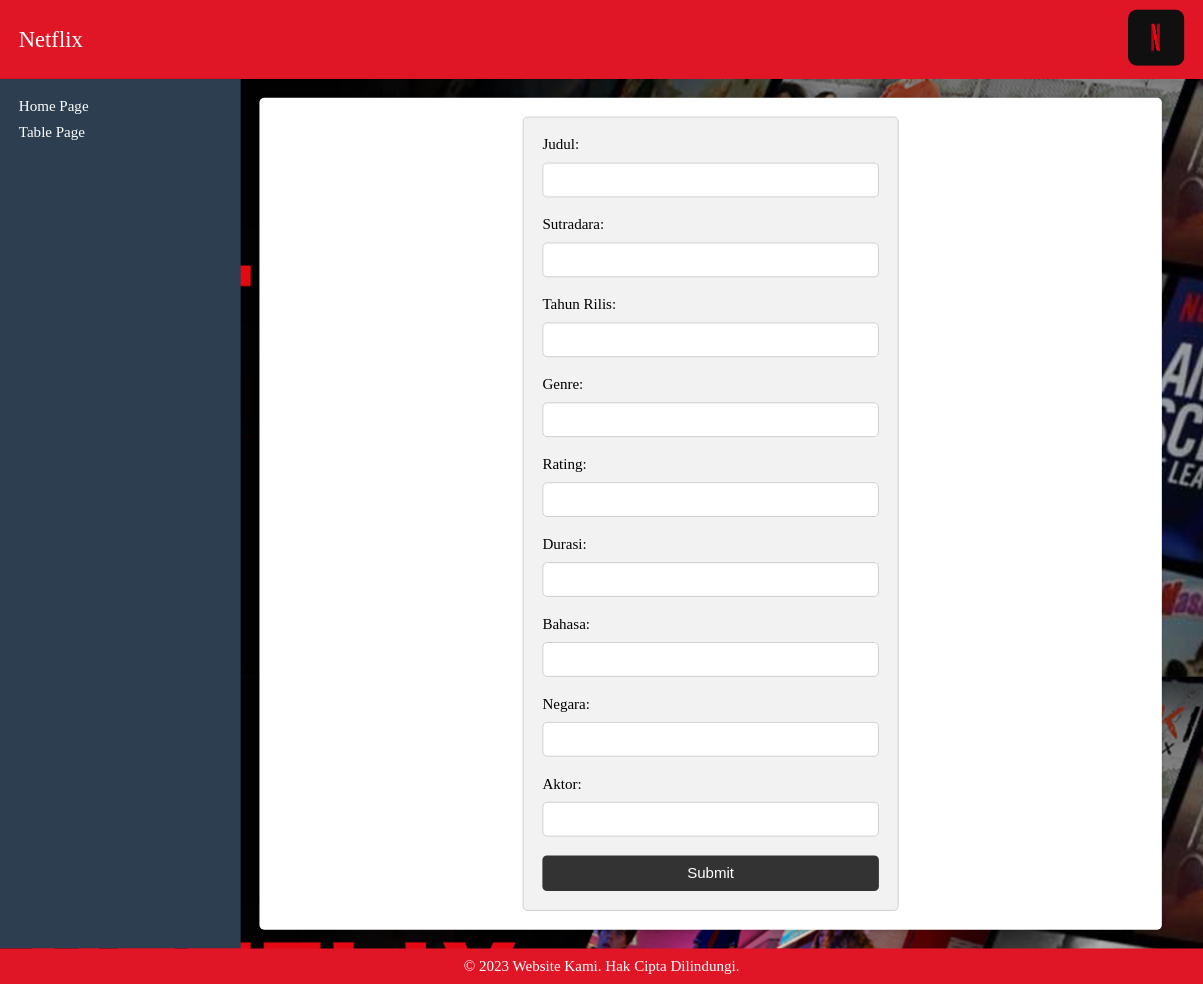
Repository: Nachtt-2021/12140022.github.io
Page: UTS/form.html
An editor plug-in stored every save of this project. The page is shown before and after the next save, followed by the edit.
The browser window is 1280 px wide. The pictures show the whole page, at 94% of full size.

Above is the page before, as saved 2023-10-22 20:32:17.

After the next save:
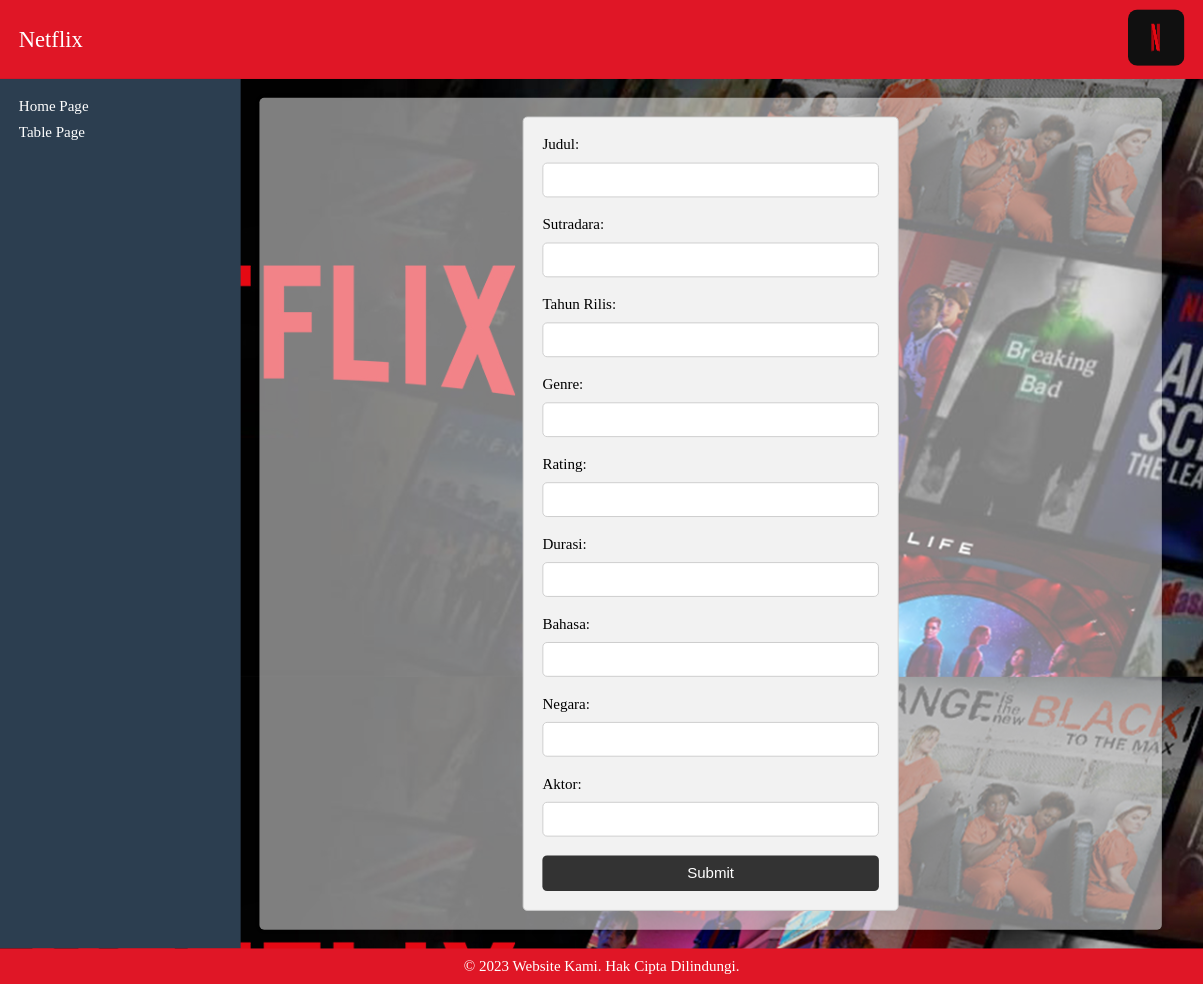
Saved 40 s later.
--- a/UTS/publik/form.css
+++ b/UTS/publik/form.css
@@ -66,7 +66,7 @@
 .konten {
     width: 75%;
     margin: 20px;
-    background-color: #fff;
+    background-color: #ffffff7e;
     padding: 20px;
     border-radius: 5px;
     box-shadow: 0 0 5px rgba(0, 0, 0, 0.2);
